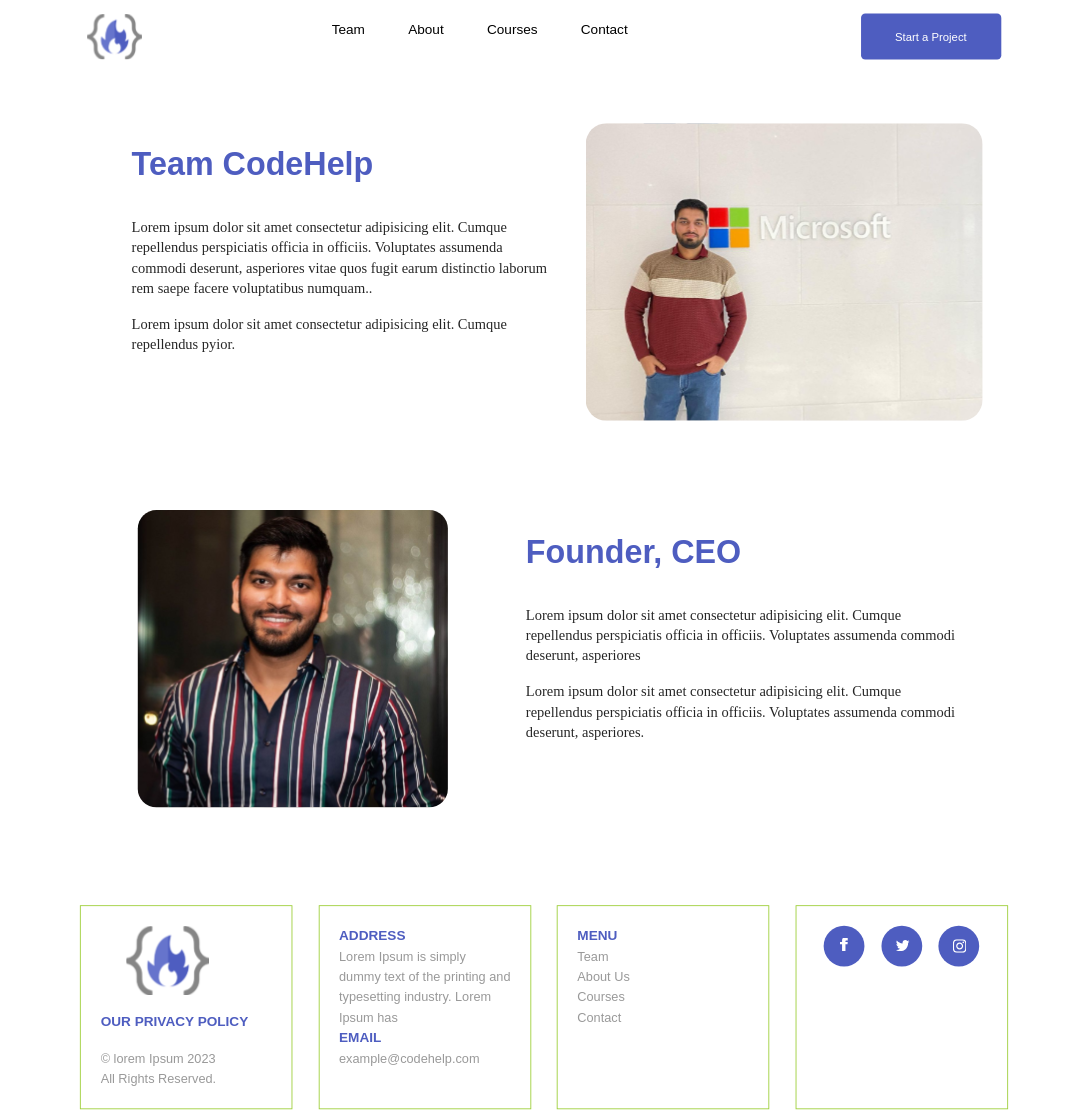
Repository: PraffulPatel27/Codehelp-Mini-Clone
Page: index.html
These files come from the project's save history. The page is drawn as it stood at one moment and after the next save; the edit follows.
The browser window is 1280 px wide. The pictures show the whole page, at 85% of full size.

Above is the page before, as saved 2024-02-26 01:40:49.

After the next save:
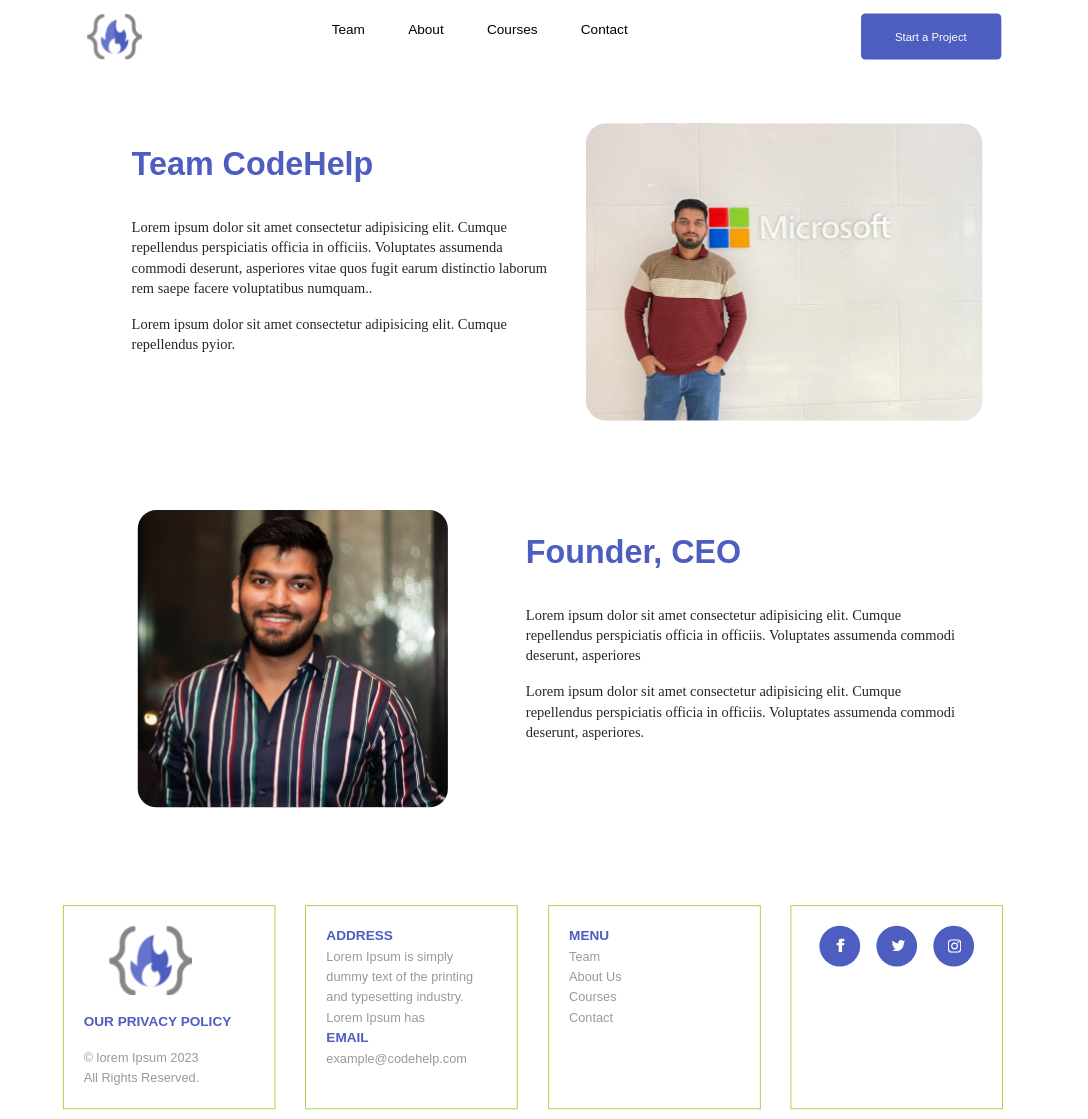
Saved 35 s later.
--- a/style.css
+++ b/style.css
@@ -144,7 +144,7 @@
 .foot-container {
     min-height: 260px;
     /* border: 2px solid brown; */
-    padding-left: 5%;
+    padding-left: 3%;
     padding-right: 5%;
     padding-top: 1%;
     padding-bottom: 1%;
